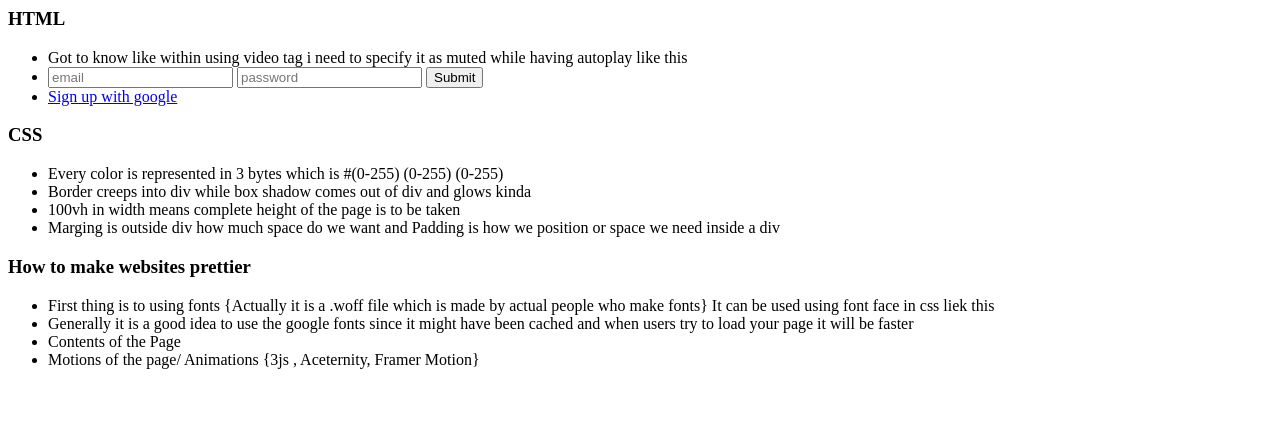
Repository: RohanSai22/harkirat-cohort-learnings
Page: Web/w1.html
The author's editor kept a copy of each file at every save. The page is drawn from the files as they stood at one save, then again after the next save.
The browser window is 1280 px wide. The pictures show the whole page.

Above is the page before, as saved 2026-03-24 03:38:27.

### Web/w1.html
<html>
    <head>
        <title>My Site</title>
    </head>
    <body>
        <h3>HTML</h3>
        <ul>
            <li>
        Got to know like within using video tag i need to specify it as muted while having autoplay like this
        <!--<video width="300" height="300" autoplay mmuted src="./some.mp4"></video>-->
            </li>
            <li>
                <input type="email" placeholder="email"/>
                <input type ="password" placeholder="password"/>
                <button>Submit</button>
            </li>
            <li>
                <a href="https://www.gmail.com/" target="_blank">Sign up with google</a>
            </li>
        </ul>
        <h3>CSS</h3>
        <ul>
        <li>
            Every color is represented in 3 bytes which is #(0-255) (0-255) (0-255)
        </li>
        <li>
            Border creeps into div while box shadow comes out of div and glows kinda
        </li>
        <li>
            100vh in width means complete height of the page is to be taken
        </li>
        <li>
            Marging is outside div how much space do we want and Padding is how we position or space we need inside a div
        </li>
        </ul>
        <h3>How to make websites prettier</h3>
        <ul>
            <li>
                First thing is to using fonts {Actually it is a .woff file which is made by actual people who make fonts}
                It can be used using font face in css liek this
                <!--
                @font-face{
                name : fancy-font
                url :  fonts.google.com/fancy-font.woff
                }
                #somediv{
                font-family : fancy-font
                }
                -->
            </li>
            <li>
                Generally it is a good idea to use the google fonts since it might have been cached and when users try to load your page it will be faster
            </li>
            <li>
                Contents of the Page
            </li>
            <li>
                Motions of the page/ Animations {3js , Aceternity, Framer Motion}
            </li>
        </ul>
    </body>
</html>

After the next save:
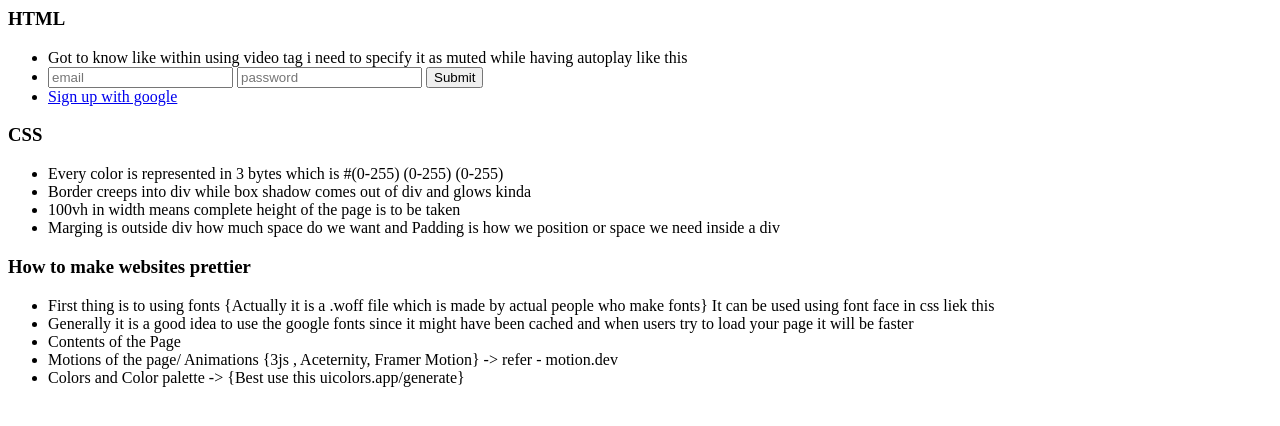
Saved 115 s later.
--- a/Web/w1.html
+++ b/Web/w1.html
@@ -55,7 +55,10 @@
                 Contents of the Page
             </li>
             <li>
-                Motions of the page/ Animations {3js , Aceternity, Framer Motion}
+                Motions of the page/ Animations {3js , Aceternity, Framer Motion} -> refer - motion.dev
+            </li>
+            <li>
+                Colors and Color palette -> {Best use this uicolors.app/generate}
             </li>
         </ul>
     </body>
